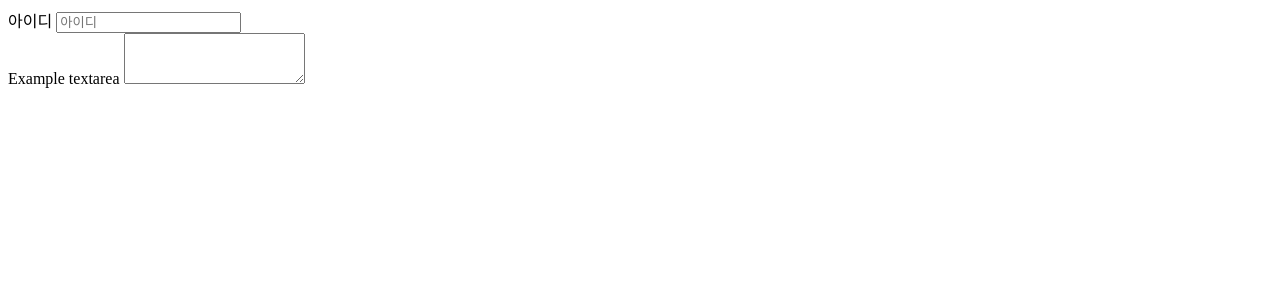
Repository: bbqju13/homework230616
Page: http://localhost/zip/
These files come from the project's save history. The page is drawn as it stood at one moment and after the next save; the edit follows.
The browser window is 1280 px wide. The pictures show the whole page.
The page is served by Tomcat 9.

Above is the page before, as saved 2023-06-16 05:22:26.

After the next save:
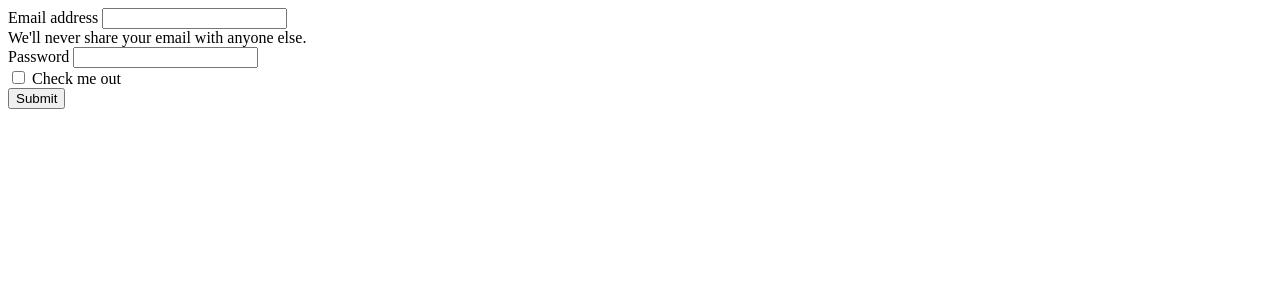
Saved 40 s later.
--- a/zip/src/main/webapp/WEB-INF/views/home.jsp
+++ b/zip/src/main/webapp/WEB-INF/views/home.jsp
@@ -15,15 +15,25 @@
 <title>로그인</title>
 </head>
 <body>
-	<div class="mb-3">
-		<label for="exampleFormControlInput1" class="form-label">아이디</label> <input type="email" class="form-control"
-			id="exampleFormControlInput1" placeholder="아이디">
-	</div>
-	<div class="mb-3">
-		<label for="exampleFormControlTextarea1" class="form-label">Example
-			textarea</label>
-		<textarea class="form-control" id="exampleFormControlTextarea1"
-			rows="3"></textarea>
-	</div>
+	<form>
+		<div class="mb-3">
+			<label for="exampleInputEmail1" class="form-label">Email
+				address</label> <input type="email" class="form-control"
+				id="exampleInputEmail1" aria-describedby="emailHelp">
+			<div id="emailHelp" class="form-text">We'll never share your
+				email with anyone else.</div>
+		</div>
+		<div class="mb-3">
+			<label for="exampleInputPassword1" class="form-label">Password</label>
+			<input type="password" class="form-control"
+				id="exampleInputPassword1">
+		</div>
+		<div class="mb-3 form-check">
+			<input type="checkbox" class="form-check-input" id="exampleCheck1">
+			<label class="form-check-label" for="exampleCheck1">Check me
+				out</label>
+		</div>
+		<button type="submit" class="btn btn-primary">Submit</button>
+	</form>
 </body>
 </html>
